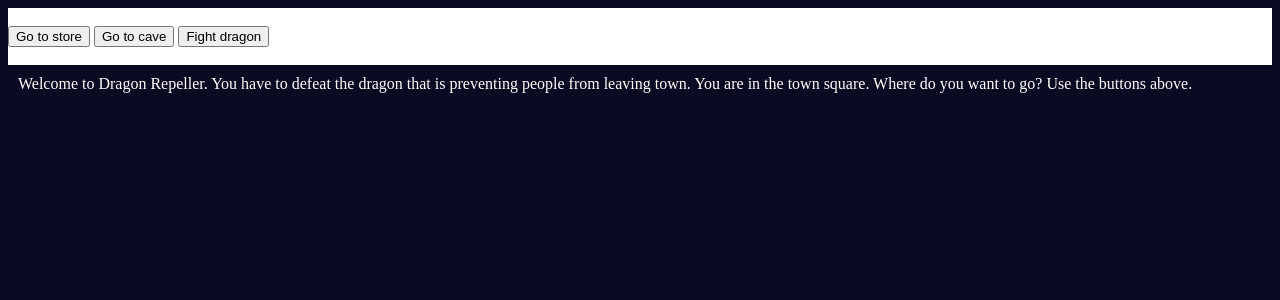
Repository: Lungdjos/role_playing_game
Page: index.html
An editor plug-in stored every save of this project. The page is shown before and after a run of saves, followed by the edit.
The browser window is 1280 px wide. The pictures show the whole page.

Above is the page before, as saved 2024-02-06 23:31:48.

After the next 7 saves:
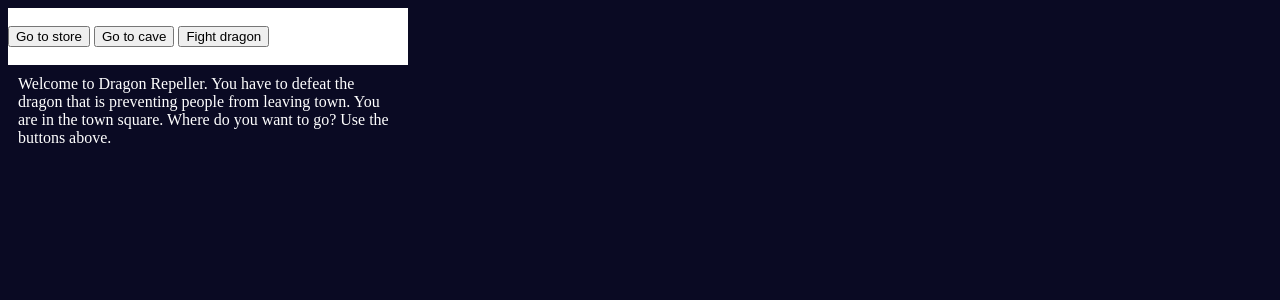
The 7 saves are shown as one change because they came seconds apart.
The last was saved 18 s later.
--- a/styles.css
+++ b/styles.css
@@ -19,4 +19,6 @@ body {
 #game {
     background-color: #fff;
     color: #fff;
+    max-width: 400px;
+    max-height: 400px;
 }
